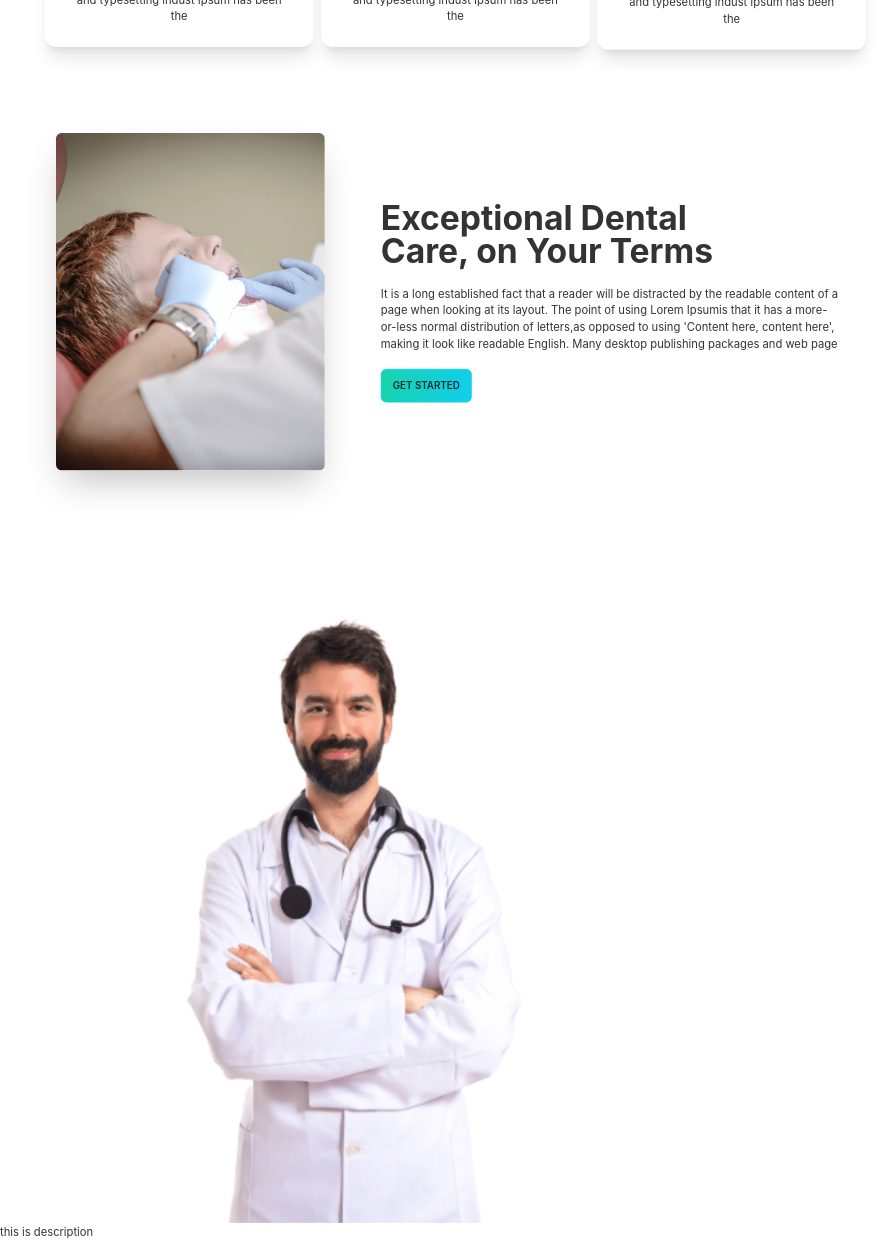
Repository: Tanvir3744/Doctors-client-website
Page: /
The author's editor kept a copy of each file at every save. The page is drawn from the files as they stood at one save, then again after the next save.
The browser window is 1280 px wide. The pictures show the part of the page from y = 1300 to 3220 px (the page is 3071 px tall before and 3220 px after), at 70% of full size.
The project was rebuilt for these pictures with package versions that can differ from the ones it lists, and the page was loaded fresh each time. Also part of the build but not shown: src/Pages/About/About.js, src/Pages/Login/Login.js, src/Pages/NotFound/NotFound.js.

Above is the page before, as saved 2022-05-25 20:39:31.

After the next save:
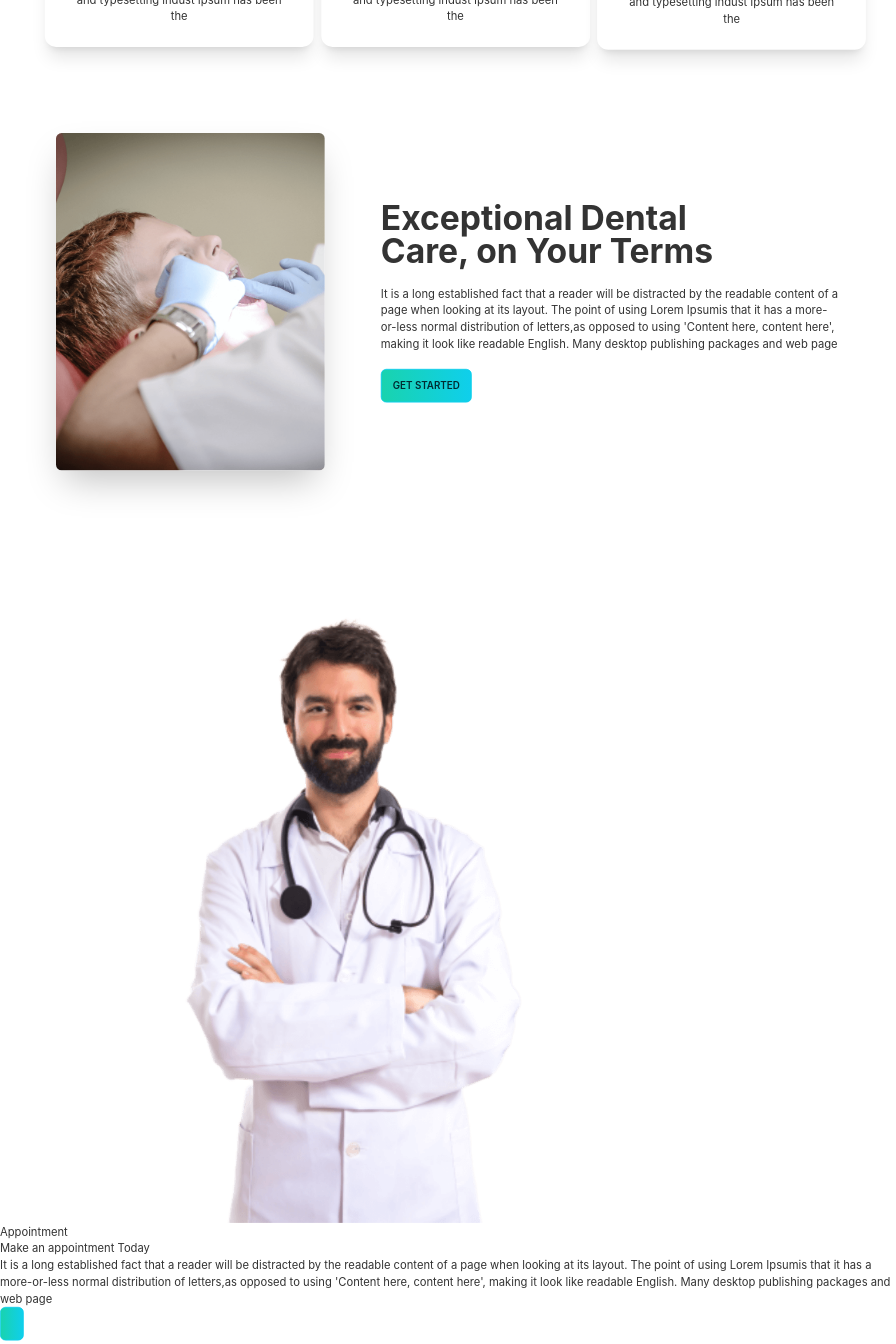
Saved 90 s later.
--- a/src/Pages/Home/MakeAppointment.js
+++ b/src/Pages/Home/MakeAppointment.js
@@ -8,7 +8,10 @@ const MakeAppointment = () => {
                 <img src={Doctor} alt="Doctors image" />
             </div>
             <div>
-                <h1>this is description</h1>
+                <h6>Appointment</h6>
+                <h5>Make an appointment Today</h5>
+                <p>It is a long established fact that a reader will be distracted by the readable content of a page when looking at its layout. The point of using Lorem Ipsumis that it has a more-or-less normal distribution of letters,as opposed to using 'Content here, content here', making it look like readable English. Many desktop publishing packages and web page</p>
+                <button className="btn btn-primary bg-gradient-to-r from-secondary to-primary"></button>
             </div>
         </div>
     );
